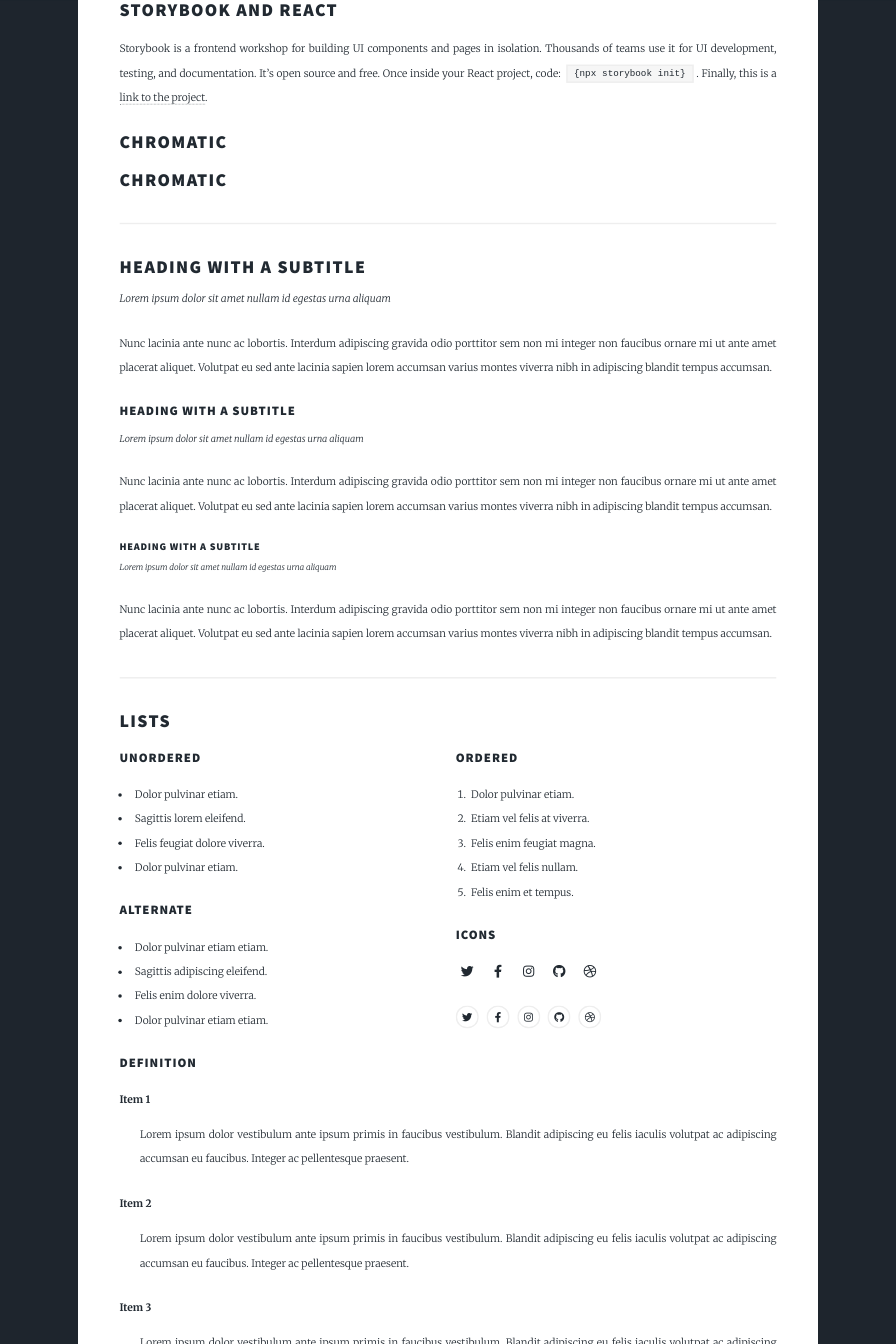
Repository: enlilsudo/Orlando-Portfolio
Page: elements.html
These files come from the project's save history. The page is drawn as it stood at one moment and after the next save; the edit follows.
The browser window is 1280 px wide. The pictures show the part of the page from y = 1165 to 3085 px (the page is 9955 px tall before and 9899 px after), at 70% of full size.

Above is the page before, as saved 2023-02-19 13:07:18.

After the next save:
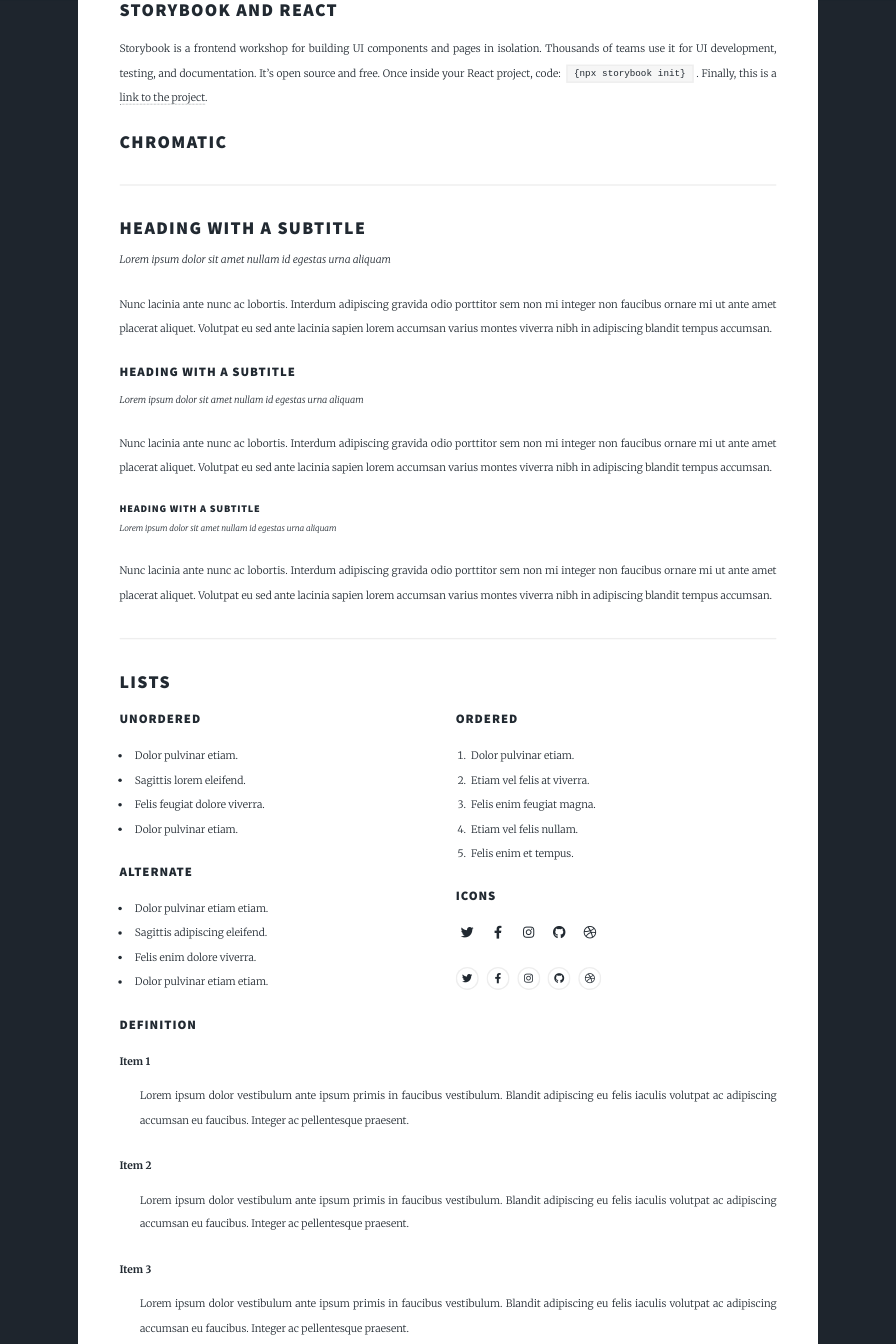
Saved 34 min 52 s later.
--- a/elements.html
+++ b/elements.html
@@ -68,7 +68,7 @@
 										It’s open source and free. Once inside your React project, code: <code>{npx storybook init}</code>.
 										Finally, this is a <a href="https://storybook.js.org/">link to the project</a>.</p>
 									<h2>Chromatic</h2>
-									<h2>Chromatic</h2>
+
 									<hr />
 									<header>
 										<h2>Heading with a Subtitle</h2>
